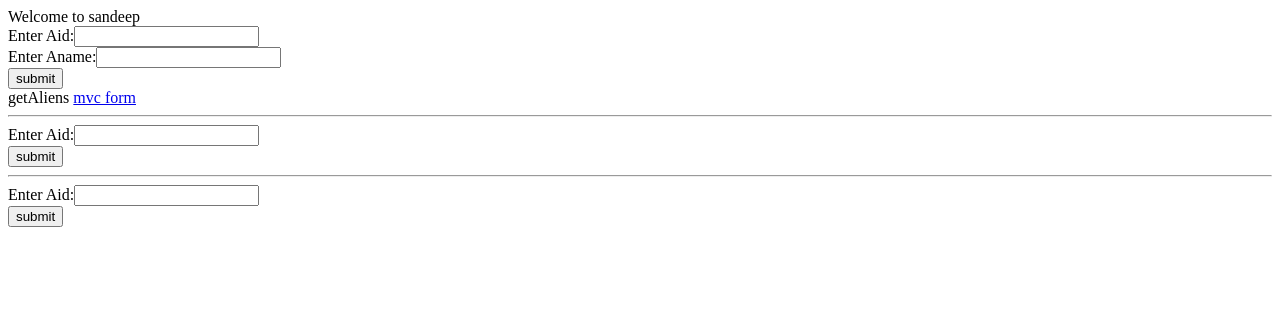
Repository: neelasandeep/sprinboot-projects
Page: http://localhost/SpringMvc/view/index.jsp
An editor plug-in stored every save of this project. The page is shown before and after the next save, followed by the edit.
The browser window is 1280 px wide. The pictures show the whole page.
The page is served by Tomcat 9.

Above is the page before, as saved 2020-04-04 10:51:23.

After the next save:
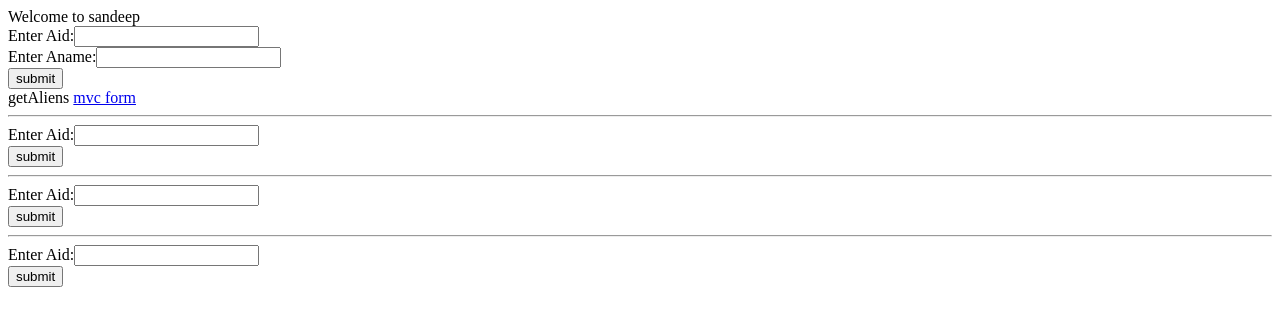
Saved 2 min 18 s later.
--- a/SpringMvc/src/main/webapp/view/index.jsp
+++ b/SpringMvc/src/main/webapp/view/index.jsp
@@ -36,5 +36,14 @@ Enter Aid:<input type="text" name="aid"><br>
 
 
 </form>
+<hr>
+<form action="byNameOfAlien" method="post">
+Enter Aid:<input type="text" name="aname"><br>
+
+<input type="submit" value="submit">
+
+
+
+</form>
 </body>
 </html>
